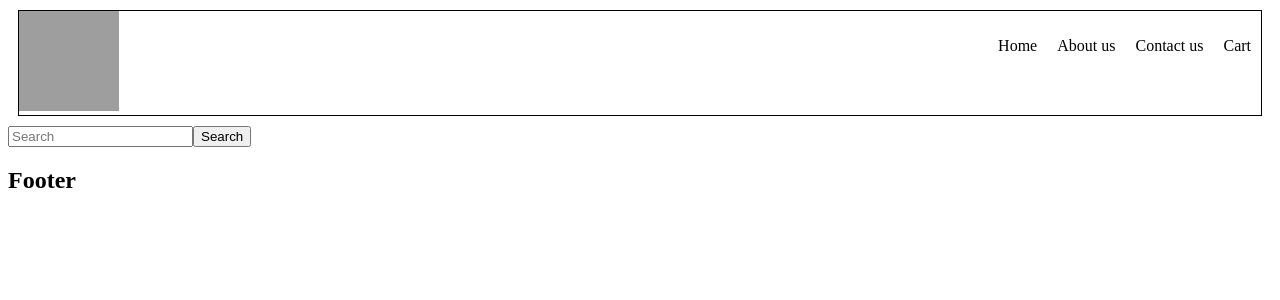
Repository: shivamv97/FOOD-VILLA-APP
Page: /
These files come from the project's save history. The page is drawn as it stood at one moment and after the next save; the edit follows.
The browser window is 1280 px wide. The pictures show the whole page.
Pictures or frames that could not be fetched are drawn as grey boxes. The page's requests for data from a server got no answer. The project was rebuilt for these pictures with package versions that can differ from the ones it lists, and the page was loaded fresh each time. No one was signed in, and anything a server would have sent is missing. Also part of the build but not shown: src/components/RestaurantCards.js, src/components/shimmer.js.

Above is the page before, as saved 2024-07-26 19:13:41.

### index.html
<!DOCTYPE html>
<html lang="en">
  <head>
    <meta charset="UTF-8" />
    <meta name="viewport" content="width=device-width, initial-scale=1.0" />
    <title>Learning REACT</title>
    <link rel="stylesheet" href="style.css" />
  </head>
  <body>
    <div id="root">Not Rendered</div>
    <!-- <script
      crossorigin
      src="https://unpkg.com/react@18/umd/react.development.js"
    ></script>
    <script
      crossorigin
      src="https://unpkg.com/react-dom@18/umd/react-dom.development.js"
    ></script> -->
    <script type="module" src="src/App.js"></script>
  </body>
</html>

### style.css
.header {
  display: flex;
  justify-content: space-between;
  margin: 10px;
  border: 1px solid black;
}
.nav-items > ul {
  list-style-type: none;
  display: flex;
}

.nav-items > ul > li {
  padding: 10px;
}
.logo {
  width: 100px;
  height: 100px;
}

.card {
  width: 255px;
  border: 1px solid black;
  padding: 10px;
  margin: 10px;
  overflow-wrap: break-word;
}

.card > img {
  width: 100%;
}

.restaurant-list {
  display: flex;
  flex-wrap: wrap;
}

### src/App.js
import React from "react";
import ReactDOM from "react-dom/client";
import HeaderComponent from "./components/Title";
import Body from "./components/Body";
import Footer from "./components/Footer";

/*
Header
   -logo
   -Nav item(right side)
   -cart
Body
   -Search bar
   -RestrauntList
     -RestrauntCard
     -Image
     -Name
     -Ratings
     -Cusines
Footer
     -Links
     -Copyrigh
*/

const AppLayout = () => {
  return (
    <>
      <HeaderComponent />
      <Body />
      <Footer />
    </>
  );
};

const root = ReactDOM.createRoot(document.getElementById("root"));

root.render(<AppLayout />); //it will override children of div element

### src/components/Title.js
const Title = () => (
  <a href="/ ">
    <img
      className="logo"
      alt="logo"
      src="https://encrypted-tbn0.gstatic.com/images?q=tbn:ANd9GcTJtFXKFKFoihdrJEvX4jBtXqfcO2kJ0KAlIg&s"
    />
  </a>
);

const HeaderComponent = () => {
  return (
    <div className="header">
      <Title />
      <div className="nav-items">
        <ul>
          <li>Home</li>
          <li>About us</li>
          <li>Contact us</li>
          <li>Cart</li>
        </ul>
      </div>
    </div>
  );
};

export default HeaderComponent;

### src/components/Body.js
import { restaurantlist } from "../config";
import RestrauntCard from "./RestaurantCards";
import { useState, useEffect } from "react";
import shimmer from "./shimmer";

function filterdata(searchText, restaurants) {
  return restaurants.filter((restaurant) =>
    restaurant.info.name.includes(searchText)
  );
}

const Body = () => {
  // const searchTxt = "KFC"; //for reference...(IN JS)

  const [restaurants, setRestaurants] = useState([]); //restaurantlist
  const [searchText, setsearchText] = useState(""); //To create state variable.......(IN REACT)
  // console.log("render()");

  useEffect(() => {
    //API call
    GetRestaurants();
  }, []);

  async function GetRestaurants() {
    const data = await fetch(
      "https://www.swiggy.com/dapi/restaurants/list/v5?lat=28.7040592&lng=77.10249019999999&collection=83667"
    );
    const json = await data.json();
    console.log(json);
    //you have to make change only in line 32,in cards[i],where i is keep changing in the above api link,try from 0-11
    //it's an config-driven UI,Hence,it's Grid Element position keeps on changing.......
    setRestaurants(
      json?.data?.cards[1]?.card?.card?.gridElements?.infoWithStyle?.restaurants
    );
  }

  console.log("render");

  //Conditional rendering
  return (
    <>
      <div className="search-box">
        <input
          type="text"
          className="search-input"
          placeholder="Search"
          value={searchText}
          onChange={(e) => {
            setsearchText(e.target.value);
          }}
        />
        <button
          className="search-btn"
          onClick={() => {
            //filter the data according to need
            const data = filterdata(searchText, restaurants);
            setRestaurants(data);
            //need to update the state-restaurants
          }}
        >
          Search
        </button>
      </div>
      <div className="restaurant-list">
        {restaurants.map((restaurant) => {
          return (
            <RestrauntCard key={restaurant.info.id} {...restaurant.info} />
          );
        })}
      </div>
    </>
  );
};

export default Body;

### src/components/Footer.js
const Footer = () => {
  return <h2>Footer</h2>;
};

export default Footer;

### src/config.js
//PUT MY all Hard Coded File Here
export const Img_cdn_url =
  "https://media-assets.swiggy.com/swiggy/image/upload/fl_lossy,f_auto,q_auto,w_660/";

//Config Driven UI
export const restaurantlist = [
  //public API of Swiggy
  {
    "@type": "type.googleapis.com/swiggy.presentation.food.v2.Restaurant",
    info: {
      id: "8561",
      name: "Mughlai Junction",
      cloudinaryImageId: "tnl2yuuxi8zjbgru6iqj",
      locality: "Connaught Place",
      areaName: "Connaught Place",
      costForTwo: "₹600 for two",
      cuisines: ["Mughlai", "North Indian", "Tandoor"],
      avgRating: 4.3,
      parentId: "5354",
      avgRatingString: "4.3",
      totalRatingsString: "10K+",
      promoted: true,
      adTrackingId:
        "cid=15007607~p=0~adgrpid=15007607#ag1~mp=SWIGGY_IN~bl=FOOD~aet=RESTAURANT~aeid=8561~eid=321f01bc-98c6-405c-89d6-b18422bb8f70~srvts=1721229990431~collid=83639",
      sla: {
        deliveryTime: 37,
        lastMileTravel: 4.8,
        serviceability: "SERVICEABLE",
        slaString: "35-40 mins",
        lastMileTravelString: "4.8 km",
        iconType: "ICON_TYPE_EMPTY",
      },
      availability: {
        nextCloseTime: "2024-07-17 23:00:00",
        opened: true,
      },
      badges: {},
      isOpen: true,
      type: "F",
      badgesV2: {
        entityBadges: {
          textExtendedBadges: {},
          textBased: {},
          imageBased: {},
        },
      },
      aggregatedDiscountInfoV3: {
        header: "10% OFF",
        subHeader: "UPTO ₹35",
      },
      orderabilityCommunication: {
        title: {},
        subTitle: {},
        message: {},
        customIcon: {},
      },
      differentiatedUi: {
        displayType: "ADS_UI_DISPLAY_TYPE_ENUM_DEFAULT",
        differentiatedUiMediaDetails: {
          mediaType: "ADS_MEDIA_ENUM_IMAGE",
          lottie: {},
          video: {},
        },
      },
      reviewsSummary: {},
      displayType: "RESTAURANT_DISPLAY_TYPE_DEFAULT",
      restaurantOfferPresentationInfo: {},
      externalRatings: {
        aggregatedRating: {
          rating: "4.4",
          ratingCount: "1K+",
        },
        source: "GOOGLE",
        sourceIconImageId: "v1704440323/google_ratings/rating_google_tag",
      },
      ratingsDisplayPreference: "RATINGS_DISPLAY_PREFERENCE_SHOW_SWIGGY",
    },
    analytics: {},
    cta: {
      link: "swiggy://menu?restaurant_id=8561&source=collection&query=Biryani",
      text: "RESTAURANT_MENU",
      type: "DEEPLINK",
    },
    widgetId: "collectionV5RestaurantListWidget_SimRestoRelevance_food",
  },

  {
    "@type": "type.googleapis.com/swiggy.presentation.food.v2.Restaurant",
    info: {
      id: "817359",
      name: "Zahra Restaurant & Cafe",
      cloudinaryImageId: "asaqtuuszx7hzmxpnfpo",
      locality: "Old Delhi",
      areaName: "Old Delhi",
      costForTwo: "₹300 for two",
      cuisines: ["Indian", "Tandoor", "Kebabs", "Snacks", "Biryani"],
      avgRating: 4.3,
      parentId: "229129",
      avgRatingString: "4.3",
      totalRatingsString: "100+",
      sla: {
        deliveryTime: 29,
        lastMileTravel: 1.3,
        serviceability: "SERVICEABLE",
        slaString: "25-30 mins",
        lastMileTravelString: "1.3 km",
        iconType: "ICON_TYPE_EMPTY",
      },
      availability: {
        nextCloseTime: "2024-07-17 22:59:00",
        opened: true,
      },
      badges: {},
      isOpen: true,
      type: "F",
      badgesV2: {
        entityBadges: {
          textExtendedBadges: {},
          textBased: {},
          imageBased: {},
        },
      },
      aggregatedDiscountInfoV3: {
        header: "50% OFF",
        subHeader: "UPTO ₹100",
      },
      orderabilityCommunication: {
        title: {},
        subTitle: {},
        message: {},
        customIcon: {},
      },
      differentiatedUi: {
        displayType: "ADS_UI_DISPLAY_TYPE_ENUM_DEFAULT",
        differentiatedUiMediaDetails: {
          mediaType: "ADS_MEDIA_ENUM_IMAGE",
          lottie: {},
          video: {},
        },
      },
      reviewsSummary: {},
      displayType: "RESTAURANT_DISPLAY_TYPE_DEFAULT",
      restaurantOfferPresentationInfo: {},
      externalRatings: {
        aggregatedRating: {
          rating: "--",
        },
      },
      ratingsDisplayPreference: "RATINGS_DISPLAY_PREFERENCE_SHOW_SWIGGY",
    },
    analytics: {},
    cta: {
      link: "swiggy://menu?restaurant_id=817359&source=collection&query=Biryani",
      text: "RESTAURANT_MENU",
      type: "DEEPLINK",
    },
    widgetId: "collectionV5RestaurantListWidget_SimRestoRelevance_food",
  },

  {
    "@type": "type.googleapis.com/swiggy.presentation.food.v2.Restaurant",
    info: {
      id: "81523",
      name: "Amma Mess",
      cloudinaryImageId: "a09jpzja1zusso85bbmz",
      locality: "Karol Bagh",
      areaName: "Karol Bagh",
      costForTwo: "₹300 for two",
      cuisines: ["South Indian"],
      avgRating: 4.5,
      parentId: "15687",
      avgRatingString: "4.5",
      totalRatingsString: "10K+",
      promoted: true,
      adTrackingId:
        "cid=15010070~p=1~adgrpid=15010070#ag1~mp=SWIGGY_IN~bl=FOOD~aet=RESTAURANT~aeid=81523~eid=b2807d99-426d-4265-8bac-9448c8101a5f~srvts=1721229990431~collid=83639",
      sla: {
        deliveryTime: 37,
        lastMileTravel: 6.3,
        serviceability: "SERVICEABLE",
        slaString: "35-40 mins",
        lastMileTravelString: "6.3 km",
        iconType: "ICON_TYPE_EMPTY",
      },
      availability: {
        nextCloseTime: "2024-07-17 22:30:00",
        opened: true,
      },
      badges: {},
      isOpen: true,
      aggregatedDiscountInfoV2: {},
      type: "F",
      badgesV2: {
        entityBadges: {
          textBased: {},
          imageBased: {},
          textExtendedBadges: {},
        },
      },
      orderabilityCommunication: {
        title: {},
        subTitle: {},
        message: {},
        customIcon: {},
      },
      differentiatedUi: {
        displayType: "ADS_UI_DISPLAY_TYPE_ENUM_DEFAULT",
        differentiatedUiMediaDetails: {
          mediaType: "ADS_MEDIA_ENUM_IMAGE",
          lottie: {},
          video: {},
        },
      },
      reviewsSummary: {},
      displayType: "RESTAURANT_DISPLAY_TYPE_DEFAULT",
      restaurantOfferPresentationInfo: {},
      externalRatings: {
        aggregatedRating: {
          rating: "4.2",
          ratingCount: "1K+",
        },
        source: "GOOGLE",
        sourceIconImageId: "v1704440323/google_ratings/rating_google_tag",
      },
      ratingsDisplayPreference: "RATINGS_DISPLAY_PREFERENCE_SHOW_SWIGGY",
    },
    analytics: {},
    cta: {
      link: "swiggy://menu?restaurant_id=81523&source=collection&query=Biryani",
      text: "RESTAURANT_MENU",
      type: "DEEPLINK",
    },
    widgetId: "collectionV5RestaurantListWidget_SimRestoRelevance_food",
  },

  {
    "@type": "type.googleapis.com/swiggy.presentation.food.v2.Restaurant",
    info: {
      id: "144716",
      name: "Mughlai Invitation",
      cloudinaryImageId: "a4530760ed2ff35b487605618cc6dc45",
      areaName: "Chandni Chowk",
      costForTwo: "₹200 for two",
      cuisines: ["Indian", "Mughlai", "Biryani", "Sweets"],
      avgRating: 4.6,
      parentId: "141076",
      avgRatingString: "4.6",
      totalRatingsString: "100+",
      sla: {
        deliveryTime: 30,
        lastMileTravel: 1.5,
        serviceability: "SERVICEABLE",
        slaString: "30-35 mins",
        lastMileTravelString: "1.5 km",
        iconType: "ICON_TYPE_EMPTY",
      },
      availability: {
        nextCloseTime: "2024-07-17 22:59:00",
        opened: true,
      },
      badges: {},
      isOpen: true,
      aggregatedDiscountInfoV2: {},
      type: "F",
      badgesV2: {
        entityBadges: {
          textExtendedBadges: {},
          textBased: {},
          imageBased: {},
        },
      },
      orderabilityCommunication: {
        title: {},
        subTitle: {},
        message: {},
        customIcon: {},
      },
      differentiatedUi: {
        displayType: "ADS_UI_DISPLAY_TYPE_ENUM_DEFAULT",
        differentiatedUiMediaDetails: {
          mediaType: "ADS_MEDIA_ENUM_IMAGE",
          lottie: {},
          video: {},
        },
      },
      reviewsSummary: {},
      displayType: "RESTAURANT_DISPLAY_TYPE_DEFAULT",
      restaurantOfferPresentationInfo: {},
      externalRatings: {
        aggregatedRating: {
          rating: "4.8",
          ratingCount: "100+",
        },
        source: "GOOGLE",
        sourceIconImageId: "v1704440323/google_ratings/rating_google_tag",
      },
      ratingsDisplayPreference: "RATINGS_DISPLAY_PREFERENCE_SHOW_SWIGGY",
    },
    analytics: {},
    cta: {
      link: "swiggy://menu?restaurant_id=144716&source=collection&query=Biryani",
      text: "RESTAURANT_MENU",
      type: "DEEPLINK",
    },
    widgetId: "collectionV5RestaurantListWidget_SimRestoRelevance_food",
  },

  {
    "@type": "type.googleapis.com/swiggy.presentation.food.v2.Restaurant",
    info: {
      id: "64321",
      name: "Southern Masala",
      cloudinaryImageId: "14527e27a298304dd07904f777372cb5",
      locality: "Karol Bagh",
      areaName: "Karol Bagh",
      costForTwo: "₹350 for two",
      cuisines: ["Andhra", "Biryani", "South Indian", "Thalis"],
      avgRating: 3.9,
      parentId: "17286",
      avgRatingString: "3.9",
      totalRatingsString: "1K+",
      promoted: true,
      adTrackingId:
        "cid=15472783~p=2~adgrpid=15472783#ag1~mp=SWIGGY_IN~bl=FOOD~aet=RESTAURANT~aeid=64321~eid=785e1ed6-7474-46a2-ba9f-4a9325d5fabc~srvts=1721229990431~collid=83639",
      sla: {
        deliveryTime: 38,
        lastMileTravel: 5,
        serviceability: "SERVICEABLE",
        slaString: "35-40 mins",
        lastMileTravelString: "5.0 km",
        iconType: "ICON_TYPE_EMPTY",
      },
      availability: {
        nextCloseTime: "2024-07-17 22:00:00",
        opened: true,
      },
      badges: {},
      isOpen: true,
      type: "F",
      badgesV2: {
        entityBadges: {
          textBased: {},
          imageBased: {},
          textExtendedBadges: {},
        },
      },
      aggregatedDiscountInfoV3: {
        header: "₹125 OFF",
        subHeader: "ABOVE ₹199",
        discountTag: "FLAT DEAL",
      },
      orderabilityCommunication: {
        title: {},
        subTitle: {},
        message: {},
        customIcon: {},
      },
      differentiatedUi: {
        displayType: "ADS_UI_DISPLAY_TYPE_ENUM_DEFAULT",
        differentiatedUiMediaDetails: {
          mediaType: "ADS_MEDIA_ENUM_IMAGE",
          lottie: {},
          video: {},
        },
      },
      reviewsSummary: {},
      displayType: "RESTAURANT_DISPLAY_TYPE_DEFAULT",
      restaurantOfferPresentationInfo: {},
      externalRatings: {
        aggregatedRating: {
          rating: "4.1",
          ratingCount: "100+",
        },
        source: "GOOGLE",
        sourceIconImageId: "v1704440323/google_ratings/rating_google_tag",
      },
      ratingsDisplayPreference: "RATINGS_DISPLAY_PREFERENCE_SHOW_SWIGGY",
    },
    analytics: {},
    cta: {
      link: "swiggy://menu?restaurant_id=64321&source=collection&query=Biryani",
      text: "RESTAURANT_MENU",
      type: "DEEPLINK",
    },
    widgetId: "collectionV5RestaurantListWidget_SimRestoRelevance_food",
  },
];

After the next save:
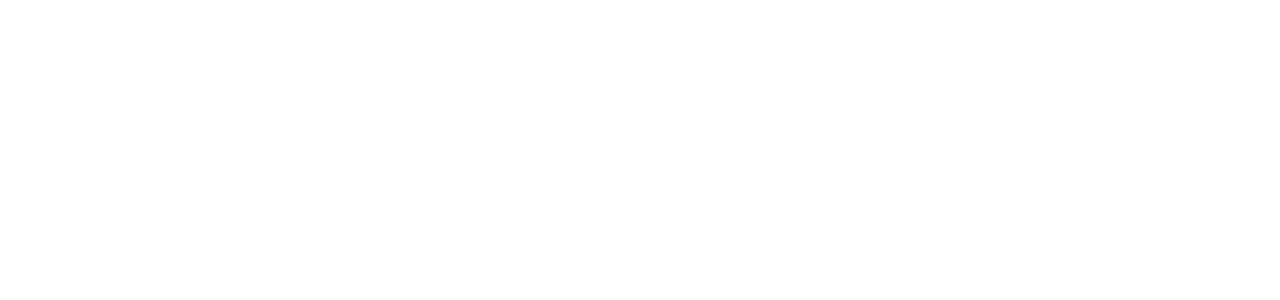
Console error: ReferenceError: res is not defined
Saved 119 s later.
--- a/src/components/Body.js
+++ b/src/components/Body.js
@@ -37,7 +37,7 @@
   console.log("render");
 
   //Conditional rendering
-  return (
+  return res(
     <>
       <div className="search-box">
         <input

After the save that followed:
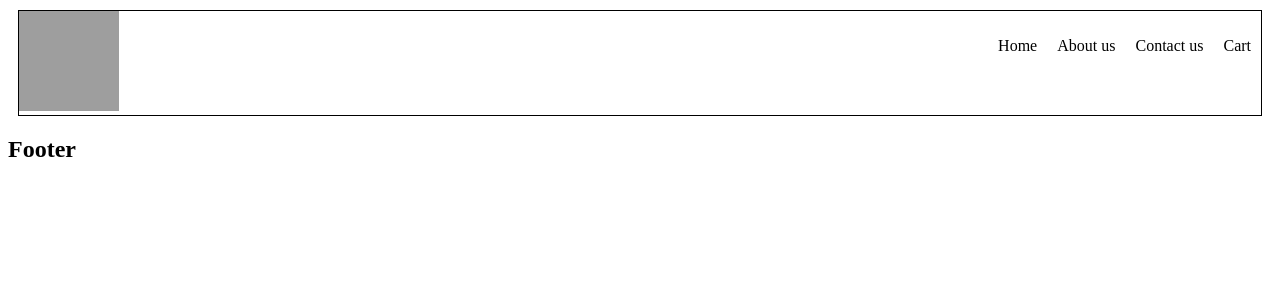
The error is gone.
Saved 2 min 15 s later.
--- a/src/components/Body.js
+++ b/src/components/Body.js
@@ -37,7 +37,9 @@
   console.log("render");
 
   //Conditional rendering
-  return res(
+  return restaurants.length == 0 ? (
+    <shimmer />
+  ) : (
     <>
       <div className="search-box">
         <input
